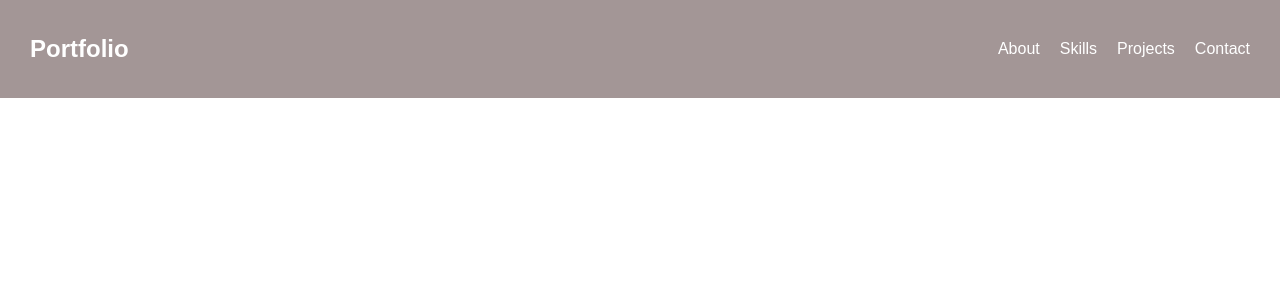
Repository: syeda-naqvi-hub/Portfolio-website
Page: python/portfolio/index.html
The author's editor kept a copy of each file at every save. The page is drawn from the files as they stood at one save, then again after the next save.
The browser window is 1280 px wide. The pictures show the whole page.

Above is the page before, as saved 2026-02-07 11:08:14.

### python/portfolio/index.html
<!DOCTYPE html>
<html lang="en">
<head>
    <meta charset="UTF-8">
    <meta name="viewport" content="width=device-width, initial-scale=1.0">
    <title>Portfolio</title>
    <link rel="stylesheet" href="style.css">
</head>
<body>
    <script src="script.js"></script>
    <header>
        <nav>
            <h2 class="logo">Portfolio</h2>
            <ul>
                <li><a href="#about">About</a></li>
                <li><a href="#skills">Skills</a></li>
                <li><a href="#projects">Projects</a></li>
                <li><a href="#contact">Contact</a></li>
            </ul>
        </nav>
    </header>
</body>
</html>

### python/portfolio/style.css
body {
    font-family: arial,sans-serif;
    margin: 0;
}
header {
    background: #a39696;
    color: white;
    padding: 15px 30px;
}
nav {
    display: flex;
    justify-content: space-between;
    align-items: center;
}
ul {
    display: flex;
    list-style: none;
    gap: 20px;
}
a {
    color: white;
    text-decoration:none

}

### python/portfolio/script.js
console.log("Portfolio loaded")

After the next save:
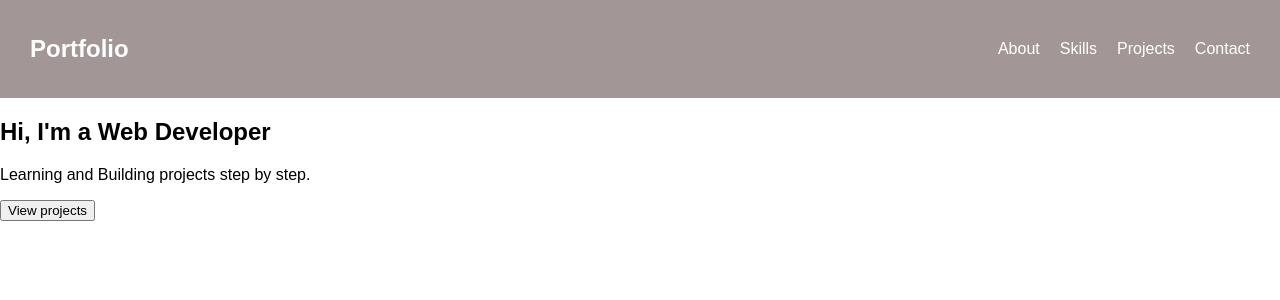
Saved 8 min 44 s later.
--- a/python/portfolio/index.html
+++ b/python/portfolio/index.html
@@ -19,5 +19,10 @@
             </ul>
         </nav>
     </header>
+    <section class=""hero">
+        <h1>Hi, I'm a Web Developer </h1>
+        <p>Learning and Building projects step by step.</p>
+        <button>View projects</button>
+    </section>
 </body>
 </html>
